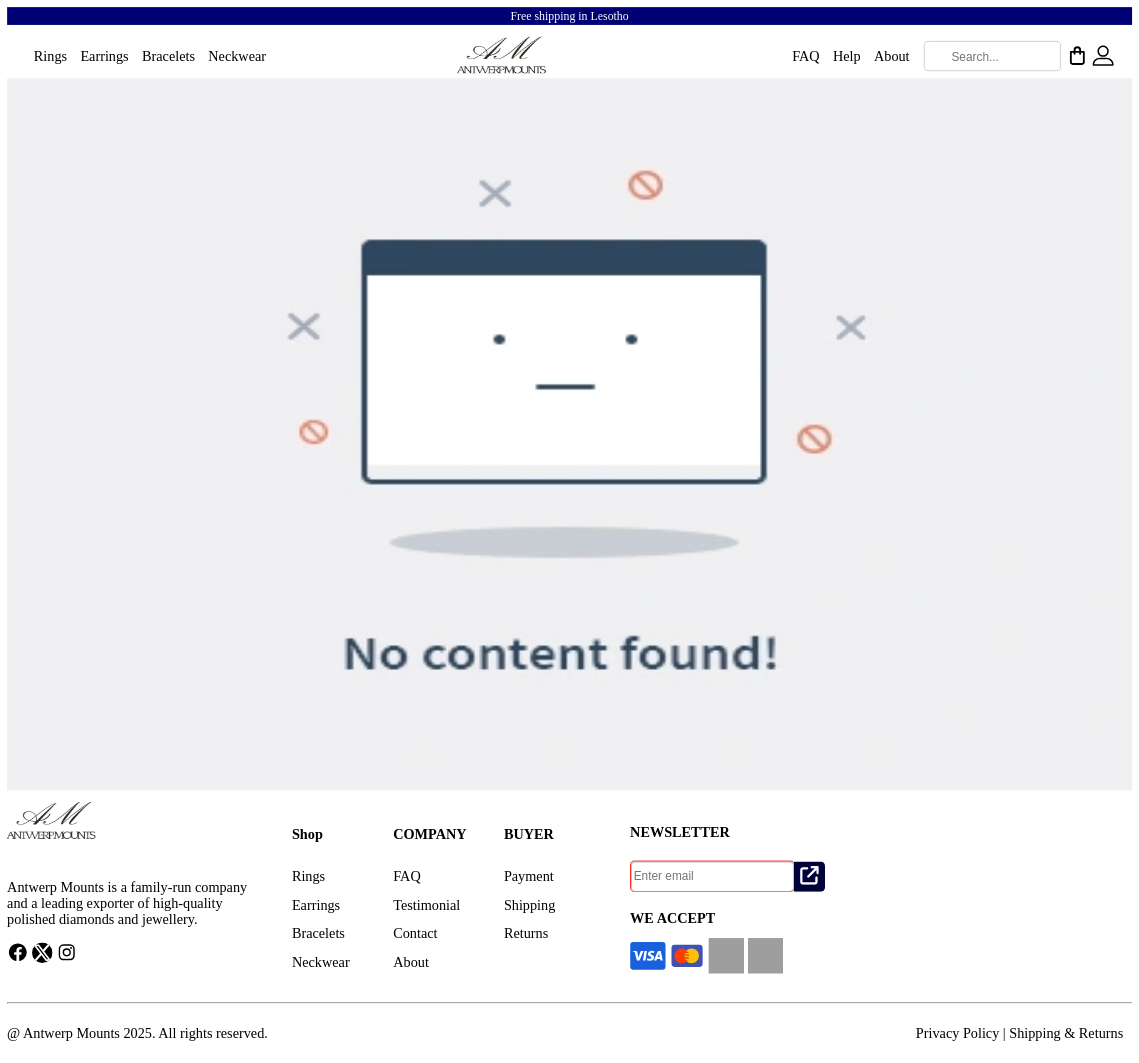
Repository: kea-0424/Web-Development-Project-1
Page: First_collaboration/JewelarySite.html
An editor plug-in stored every save of this project. The page is shown before and after a run of saves, followed by the edit.
The browser window is 1280 px wide. The pictures show the whole page, at 89% of full size.
Pictures or frames that could not be fetched are drawn as grey boxes.

Above is the page before, as saved 2025-01-23 11:30:03.

### First_collaboration/JewelarySite.html
<!DOCTYPE html>
<html lang="en">
<head>
    <meta charset="UTF-8">
    <meta name="viewport" content="width=device-width, initial-scale=1.0">
    <title>Document</title>
    <link rel="stylesheet" href="./JewelarySite.css">
</head>
<body>
    <header>
        <div class="notification">
            <span>Free shipping in Lesotho</span>
        </div>
        <nav>
                <ul class="navigations"  id="right_nav">
                    <li class="navbar_links"><a href="#">Rings</a></li>
                    <li class="navbar_links"><a href="#">Earrings</a></li>
                    <li class="navbar_links"><a href="#">Bracelets</a></li>
                    <li class="navbar_links"><a href="#">Neckwear</a></li>
                </ul>

            <div class="logo_container">
<img src="Main_Logo-removebg-preview.png" alt="Logo" class="main_logo" id="Nav_logo">
            </div>
                <ul class="navigations" id="left_nav">
                    <li class="navbar_links"><a href="#">FAQ</a></li>
                    <li class="navbar_links"><a href="#">Help</a></li>
                    <li class="navbar_links"><a href="#">About</a></li>
                </ul>
                <form action="#">
                    <i class='bx bx-search-alt-2'></i>
                    <input class='searchbar' type="text" placeholder="Search...">
                </form>
                <div class="nav_icons">
                    <img src="./cart.svg" alt="Logo" class="icon">
                    <img src="./profile.svg" alt="Logo" class="icon">
                </div>
        </nav>
    </header>
    <main>
        <img src="./NoContent.webp" alt="No_Content" class="No_Content">
    </main>
    <footer>
        <div class="about_us">
            <div class="logo_container">
                <img src="Main_Logo-removebg-preview.png" alt="Logo" class="main_logo">
                            </div>
                            <div class="bio">
                                <p>Antwerp Mounts is a family-run company<br>
                                    and a leading exporter of high-quality<br>
                                   polished diamonds and jewellery.</p>
                            </div>
                                <div class="social_media">
                                    <div class="socials" >
                                        <a href="#"><img src="./bxl-facebook-circle (1).svg" alt="Facebook" id="facebook_link"></a>
                                    </div>
                                    <div class="socials">
                                        <a href="#"><img src="./x-twitter-brands-solid.svg" alt="Twitter" id="X_link"></a>
                                    </div>
                                    <div class="socials">
                                        <a href="#"><img src="./bxl-instagram (1).svg" alt="Instagram" id="instagram_link"></a>
                                    </div>
                                    </div>
        </div>
        <div class="navigation">
            <div class="list1">
                <h4>Shop</h4>
                <ul class="footer_lists">
                    <li><a href="#">Rings</a></li>
                    <li><a href="#">Earrings</a></li>
                    <li><a href="#">Bracelets</a></li>
                    <li><a href="#">Neckwear</a></li>
                </ul>
            </div>
            <div class="list2">
               <h4>COMPANY</h4>
               <ul class="footer_lists">
                <li><a href="#">FAQ</a></li>
                <li><a href="#">Testimonial</a></li>
                <li><a href="#">Contact</a></li>
                <li><a href="#">About</a></li>
               </ul>
            </div>
            <div class="list3">
                <h4>BUYER</h4>
                <ul class="footer_lists">
                    <li><a href="#">Payment</a></li>
                    <li><a href="#">Shipping</a></li>
                    <li><a href="#">Returns</a></li>
                </ul>
            </div>
        </div>
        <div class="Subscription">
            <h4>NEWSLETTER</h4>
            <form action="#">
                <div class="input_container">
                    <input type="text" placeholder="Enter email" class="newsletter_input">
                    <button type="submit" class="submit_btn"><img src="./arrow-up-right-from-square-solid.svg" alt="arrow"></button>
                </div>
            </form>
            <h4>WE ACCEPT</h4>
            <div class="payment_methods">
                <div class="payment_method">
                    <img src="./cc-visa-brands-solid.svg" alt="visa" id="visa">
                </div>
                <div class="payment_method">
                    <img src="mastercard.svg" alt="mastercard" id="mastercard">
                </div>
                <div class="payment_method">
                    <img src="./paypal.svg" alt="paypal" id="paypal">
        </div>
        <div class="payment_method">
            <img src="./skrill.svg" alt="skrill" id="skrill">
        </div>
            </div>
        </div>
        <hr>
        <div class="copyright">
            <p class="left_details">@ Antwerp Mounts 2025. All rights reserved.</p>
            <p class="right_details">Privacy Policy | Shipping & Returns</p>
        </div>
    </footer>
</body>
</html>

### First_collaboration/JewelarySite.css

body {
    box-sizing: border-box;
}
.notification {
    background-color: rgb(0 0 117);
    color: rgb(255 255 255);
    display: flex;
    align-items: center;
    justify-content: center;
    font-size: smaller;
    width: inherit;
    height: 20px;
}
nav {
    display: flex;
    justify-content: space-between;
    /*padding: 10px;*/
}
.main_logo {
    height: 80px;
    width: 100px;
    margin-top: 0;

}
#Nav_logo {
    margin: 0 auto;
    position: absolute;
    left: 40%;
}
.navigations,.navbar_links {
    list-style-type: none;
    display: flex;
    justify-content: space-between;
list-style: none;
text-decoration: none;
color: inherit;
margin-right: 15px;
padding: 0;
}
nav {
    position:relative;
    width: 100%;
    height: 60px
}

a {
    text-decoration: none;
color: inherit;
}
a:hover {
    /*font-size: larger;*/
    transition: font-size 0.2s ease-in-out;
    position: relative;
    /*background-color: blue;*/
    color: rgba(0 0 255 / 0.26);
    border-radius: 3px;
}
main,.No_Content {
    width: 100%;
    height: 800px;
}
.searchbar {
    width: 120px;
    height: 30px;
    border-radius: 5px;
    border: 1px solid #ccc;
    margin-top: 18px;
    padding-left: 30px;
    position: absolute;
    right: 80px;

}
.navbar_links {
    margin-top: 10px;
}
.icon {
    width: 25px;
    height: 25px;
    margin-top: 22px;
}
#left_nav{
    position: absolute;
    right: 220px;
}
#right_nav {
    position: absolute;
    left: 30px;
}
.nav_icons {
    margin-right: 20px;
}
.socials {
    /*border: 1px solid red;*/
    display: inline;
    height: 50px;
    width: 50px;
}
.bio {
    /*border: 1px solid red;*/
    display: inline-block;
}
#X_link {
    background-color: black;
    height: 23px;
    width: 23px;
    border-radius: 50%;
    display: inline-block;
}
/*.list1,.list2,.list3*/.navigation{
    /*border: 1px solid red;*/
    display: inline-block;
    position: absolute;
    left: 320px;
    top: 20px;
box-sizing: border-box;
}
footer {
    /*border: 1px solid red;*/
    position: relative;
}
.list1,.list2,.list3 {
    /*border: 1px solid red;*/
    display: inline-block;
    box-sizing: border-box;
    margin-right: 5px;
}
.list3 {
    position: relative;
    bottom: 32px;
}
.footer_lists {
    position: relative;
    right: 40px;
    list-style: none;
    line-height: 2em;
}
.input_container{
    border: 1px solid red;*/
    display: inline;
    height: 33px;
    position: relative;
    border-radius: 5px;
    z-index: 1
}
.newsletter_input {
    height: 30px;
    overflow: hidden;
    border-radius: 5px;
    border: 1px solid rgba(0 0 0 / 0.25);
    /*z-index: 1;*/
}
.submit_btn {
    background-color: rgb(2 2 59);
    border: 1px solid transparent;
    height: 34px;
    width: 35px;
    position: absolute;

    border-radius:0px 5px 5px 0px;
}
#visa, #mastercard, #paypal, #skrill {
    height: 40px;
    width: 40px;
}
#visa:hover, #mastercard:hover, #paypal:hover, #skrill:hover {
    height: 50px;
    width: 50px;
}
.payment_method {
    /*border: 1px solid red;*/
    display: inline-block;
    position: relative;
    bottom: 8px;
}
.Subscription {
/*border: 1px solid red;*/
display: inline;
position: absolute;
left: 700px;
top:18px;
}
hr {
    margin-top: 40px;
}
.copyright {
   /* border: 1px solid red;*/
    position: relative;
}
.left_details {
    /*border: 1px solid red;*/
    display: inline-block;
}
.right_details {
    /*border: 1px solid red;*/
    display: inline;
    position: absolute;
    right: 10px;
}

After the next 3 saves:
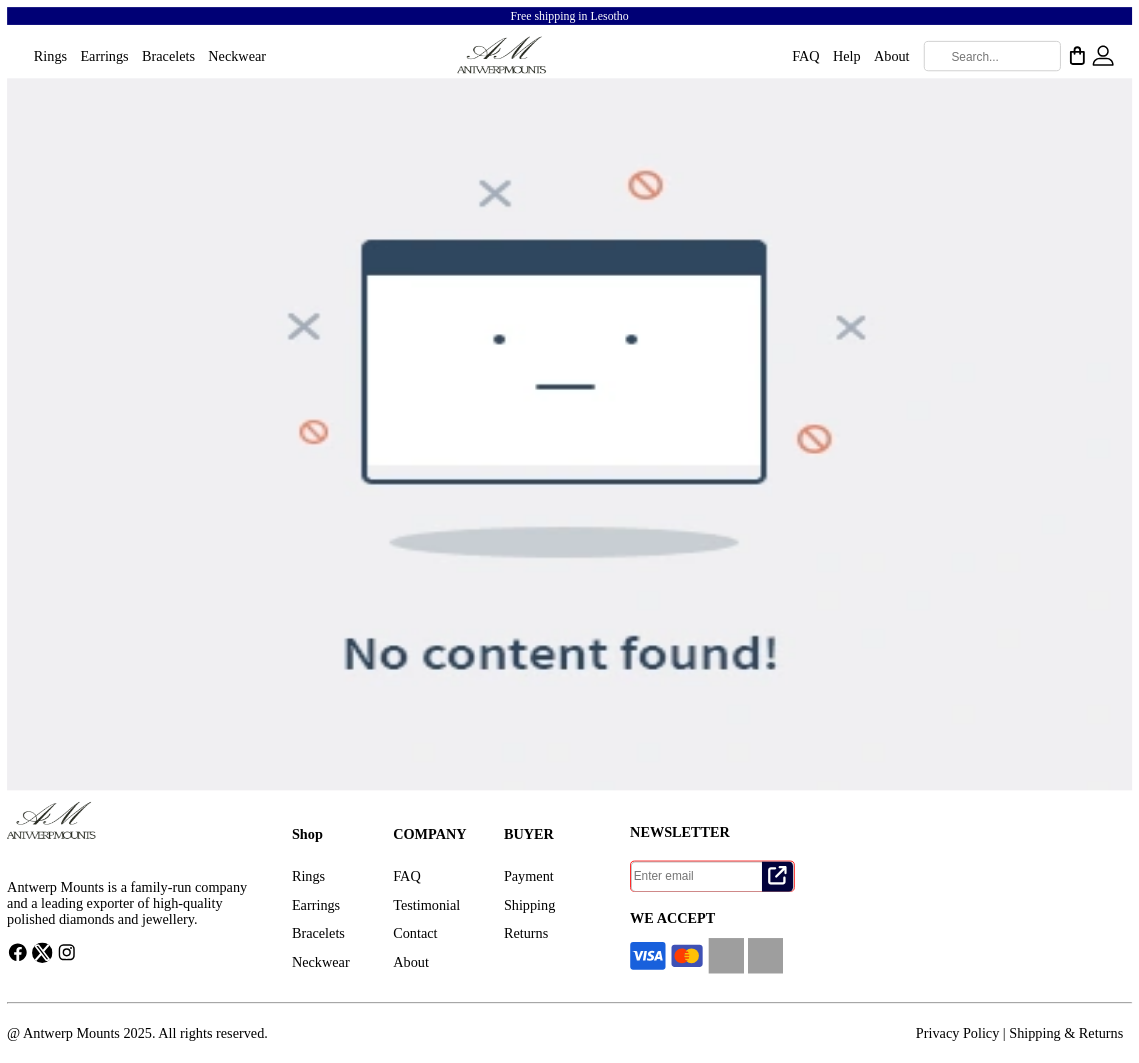
The 3 saves are shown as one change because they came seconds apart.
The last was saved 51 s later.
--- a/First_collaboration/JewelarySite.css
+++ b/First_collaboration/JewelarySite.css
@@ -156,7 +156,7 @@ footer {
     height: 34px;
     width: 35px;
     position: absolute;
-
+right: 1px;
     border-radius:0px 5px 5px 0px;
 }
 #visa, #mastercard, #paypal, #skrill {
